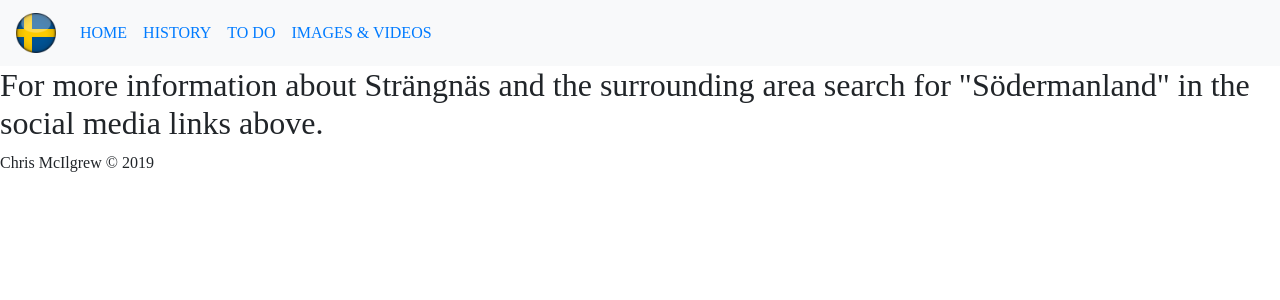
Repository: kososwede/first-project
Page: history.html
The author's editor kept a record of every edit. The page is drawn from the files as they stood at one moment, then again after the next edit.
The browser window is 1280 px wide. The pictures show the whole page.
Some web fonts or font styles are not loaded; a fallback is used.

Above is the page before.

After the next edit:
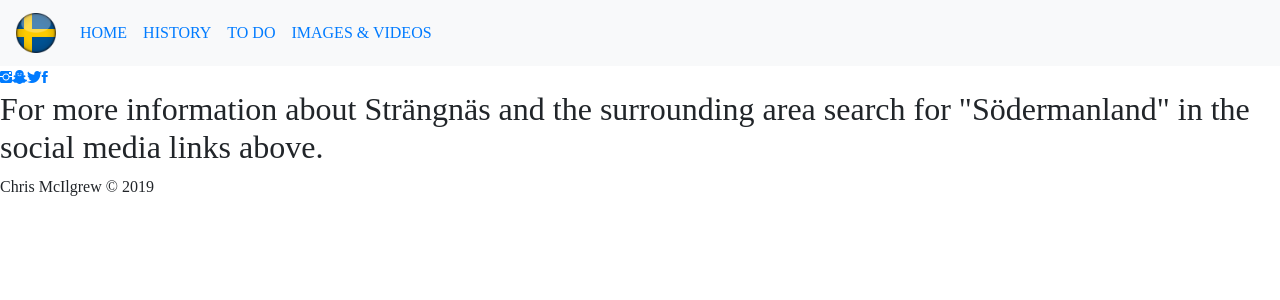
The edit:
--- a/history.html
+++ b/history.html
@@ -6,6 +6,7 @@
   <meta http-equiv="X-UA-Compatible" content="ie=edge">
   <link rel="stylesheet" href="https://stackpath.bootstrapcdn.com/bootstrap/4.3.1/css/bootstrap.min.css" integrity="sha384-ggOyR0iXCbMQv3Xipma34MD+dH/1fQ784/j6cY/iJTQUOhcWr7x9JvoRxT2MZw1T" crossorigin="anonymous">
   <link rel="stylesheet" href="https://stackpath.bootstrapcdn.com/font-awesome/4.7.0/css/font-awesome.min.css" type="text/css" />
+  <link rel="stylesheet" href="https://cdnjs.cloudflare.com/ajax/libs/ionicons/2.0.1/css/ionicons.min.css">
   <link rel="stylesheet" href="https://cdnjs.cloudflare.com/ajax/libs/hover.css/2.3.1/css/hover-min.css" integrity="sha256-c+C87jupO1otD1I5uyxV68WmSLCqtIoNlcHLXtzLCT0=" crossorigin="anonymous" />
   <link rel="stylesheet" href="assets/css/style.css" type="text/css" />
   <title>Welcome To Strängnäs</title>
